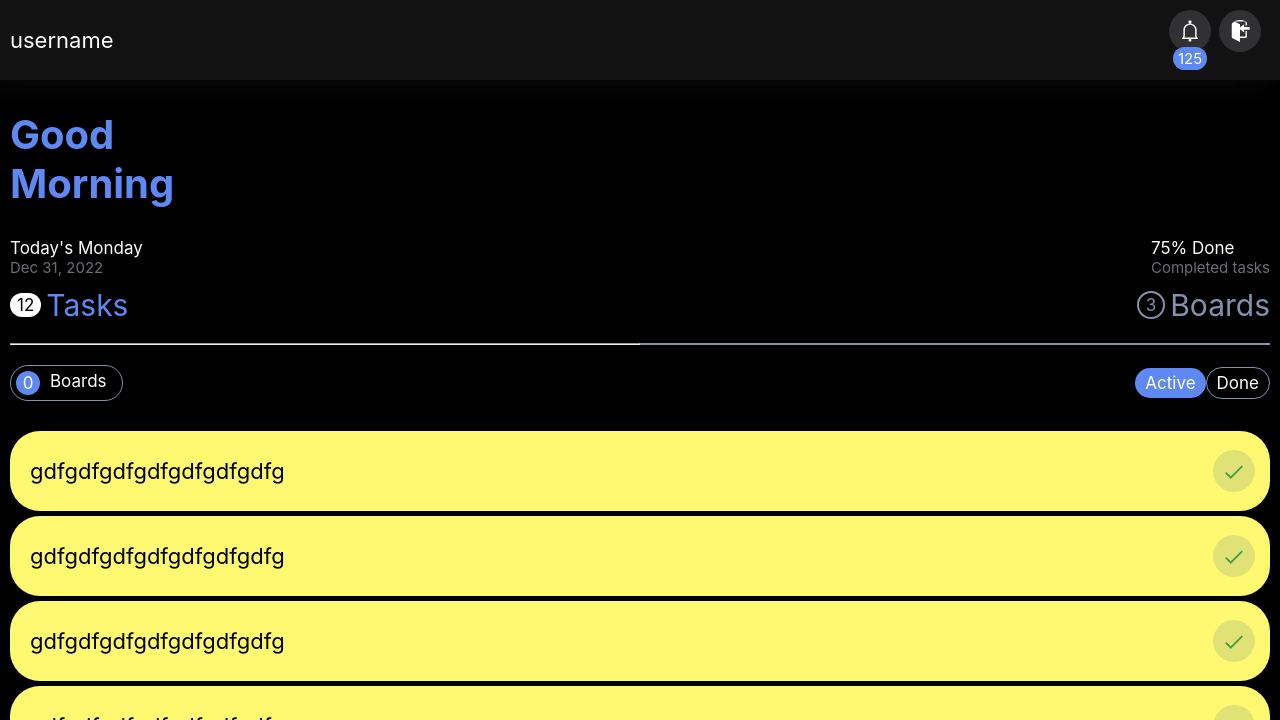
Repository: ShindanoSingi/todo-app
Page: /
These files come from the project's save history. The page is drawn as it stood at one moment and after the next save; the edit follows.
The browser window is 1280 px wide. The pictures show the whole page.
The project was rebuilt for these pictures with package versions that can differ from the ones it lists, and the page was loaded fresh each time. Also part of the build but not shown: src/pages/LandingPage.js.

Above is the page before, as saved 2023-01-01 19:41:15.

### src/index.css
* {
  font-size: 22px;
  margin: 0;
  padding: 0;
}

body {
  margin: 0;
  padding: 0;
  font-family: -apple-system, BlinkMacSystemFont, 'Segoe UI', 'Roboto', 'Oxygen',
    'Ubuntu', 'Cantarell', 'Fira Sans', 'Droid Sans', 'Helvetica Neue',
    sans-serif;
  -webkit-font-smoothing: antialiased;
  -moz-osx-font-smoothing: grayscale;
}

code {
  font-family: source-code-pro, Menlo, Monaco, Consolas, 'Courier New',
    monospace;
}

.signin-icon-signin-text-container {
  display: flex;
  align-items: center;
  flex-direction: column;
}

.bell-icon-bell-num-container {
  display: flex;
  flex-direction: column;
  align-items: center;
  margin-left: 20px;
}

.signin-text {
  display: none;
}

.bell-num,
.signin-text {
  font-size: 15px;
}

.bell-num {
  text-align: center;
  color: #fff;
  padding: 2px 5px;
  background-color: #5f89f2;
  border-radius: 50px;
  margin-top: -5px;
}

.bell-icon,
.signin-icon {
  color: white;
  padding: 10px;
  border-radius: 50px;
  background-color: #313133;
}

div.signin-icon-signin-text-container:hover p.signin-text {
  display: block;
}

.bell-icon-signin-container {
  display: grid;
  grid-template-columns: 60px 60px;
}

.username,
.signin-text {
  color: #fff;
}

.nav-bar {
  display: flex;
  align-items: center;
  justify-content: space-between;
  padding: 10px;
  background: #121212;
  box-shadow: -11px 11px 22px #070707, 11px -11px 22px #1d1d1d;
}

h1 {
  position: absolute;
  top: 10%;
  z-index: 1;
}

h2 {
  font-size: 40px;
  color: #5f89f2;
}

.salutation-container {
  margin-top: 30px;
  padding-left: 10px;
}

.day,
.percent,
.small-boards,
.done,
.active {
  font-size: 17px;
  color: #ffffff;
}

.date,
.completed {
  font-size: 15px;
  color: #6a6f75;
}

.day-to-percent-container {
  display: flex;
  justify-content: space-between;
  padding: 10px;
  margin-top: 20px;
}

.tasks-num {
  text-align: center;
  font-size: 17px;
  background: #ffff;
  padding: 2px 7px;
  border-radius: 50px;
  height: 20px;
}

.tasks {
  font-size: 30px;
  font-weight: light;
  color: #5f89f2;
}

.boards-num {
  font-size: 17px;
  color: #8292ad;
  border: 2px solid #8292ad;
  padding: 2px 7px;
  border-radius: 50px;
  height: 20px;
}

.big-boards {
  font-size: 30px;
  font-weight: light;
  color: #8292ad;
}

.tasks-num-tasks-container,
.boards-num-boards-container {
  display: flex;
  align-items: center;
  gap: 5px;
}

.line-tasks {
  width: 50%;
}

.line-boards {
  width: 50%;
  border: 1px solid #8292ad;
}

.line-tasks-ine-boards-container {
  display: flex;
  justify-content: space-between;
  /* margin-top: 10px; */
  padding: 0 10px;
}

.tasks-to-boards-container {
  display: flex;
  justify-content: space-between;
  padding: 0 10px;
}

.num-boards {
  font-size: 17px;
  text-align: center;
  color: #fff;
  background: #5f89f2;
  padding: 2px;
  border-radius: 50px;
  height: 20px;
  width: 20px;
}

.small-boards {
  color: #fff;
}

.num-boards-small-boards-container {
  display: flex;
  gap: 10px;
  border: 1px solid #8292ad;
  padding: 5px;
  border-radius: 50px;
  padding-right: 15px;
}

.active {
  text-align: center;
  background: #5f89f2;
  padding: 0px 10px;
  border-radius: 50px;
  padding: 5px 10px;
}

.done {
  display: flex;
  gap: 10px;
  border: 1px solid #8292ad;
  border-radius: 50px;
  padding: 5px 10px;
}

.active-done-container {
  display: flex;
  align-items: center;
}

.num-boards-to-small-boards-container {
  display: flex;
  justify-content: space-between;
  align-items: center;
  padding: 0 10px;
}

.task-title {
  word-wrap: break-word;
  padding: 5px;
  width: 80%;
}

.check-circle-icon {
  color: white;
  padding: 10px;
  border-radius: 50px;
  background: rgba(121, 141, 139, 0.21);
}

.todo-card {
  margin: 0 10px;
  padding: 15px;
  min-height: 50px;
  border-radius: 30px;
  display: flex;
  align-items: center;
  justify-content: space-between;
}

.todos-container {
  display: flex;
  flex-direction: column;
  gap: 5px;
  max-height: 290px;
  overflow-y: scroll;
  padding: 10px 0;
}

.main {
  display: flex;
  flex-direction: column;
  gap: 20px;
}

/* Credit: Cole McCombs; */
.landing-page-wrapper {
  height: 100%;
  display: flex;
  flex-direction: column;
  align-items: center;
  justify-content: center;
}

/* Credit: Cole McCombs; */
.button {
  min-width: 150px;
  min-height: 40px;
  font-family: 'Nunito', sans-serif;
  font-size: 22px;
  text-transform: uppercase;
  letter-spacing: 1.3px;
  font-weight: 700;
  color: #313133;
  background: #37b7ff;
  background: linear-gradient(
    90deg,
    rgb(59, 123, 190) 0%,
    rgb(29, 181, 228) 100%
  );
  border: none;
  border-radius: 1000px;
  box-shadow: 12px 12px 24px rgba(28, 120, 186, 0.64);
  transition: all 0.3s ease-in-out 0s;
  cursor: pointer;
  outline: none;
  position: absolute;
  top: 85%;
  padding: 10px;
}

/* Credit: Cole McCombs; */
button::before {
  content: '';
  border-radius: 1000px;
  min-width: calc(150px + 12px);
  min-height: calc(40px + 12px);
  border: 6px solid #008cff;
  box-shadow: 0 0 60px rgba(25, 150, 233, 0.64);
  position: absolute;
  top: 50%;
  left: 50%;
  transform: translate(-50%, -50%);
  opacity: 0;
  transition: all 0.3s ease-in-out 0s;
}

/* Credit: Cole McCombs; */
.button:hover,
.button:focus {
  color: #bfbfd4;
  transform: translateY(-6px);
}

/* Credit: Cole McCombs; */
button:hover::before,
button:focus::before {
  opacity: 1;
}

/* Credit: Cole McCombs; */
button::after {
  content: '';
  width: 30px;
  height: 30px;
  border-radius: 100%;
  border: 6px solid #0f8bdd;
  position: absolute;
  z-index: -1;
  top: 50%;
  left: 50%;
  transform: translate(-50%, -50%);
  animation: ring 1.5s infinite;
}

/* Credit: Cole McCombs; */
button:hover::after,
button:focus::after {
  animation: none;
  display: none;
}

/* Credit: Cole McCombs; */
@keyframes ring {
  0% {
    width: 20px;
    height: 20px;
    opacity: 1;
  }
  100% {
    width: 150px;
    height: 150px;
    opacity: 0;
  }
}

.landing-page-image {
  position: fixed;
  width: 100%;
  height: 100%;
}

.landing-page-image {
  -webkit-animation: anim 8s infinite linear;
  animation: anim 8s infinite linear;
}

@-webkit-keyframes anim {
  from {
    -webkit-transform: rotateY(0deg);
  }
  to {
    -webkit-transform: rotateY(90deg);
  }
}

@keyframes anim {
  from {
    transform: rotateY(90deg);
  }
  to {
    transform: rotateY(0deg);
  }
}

.container {
  height: 100%;
  width: 100%;
  position: fixed;
  background-color: #000000;
}

### src/App.js
import Todos from './pages/Todos'

import LandingPage from './pages/LandingPage'

function App() {
  return (
    <div className="">
      {/* <LandingPage /> */}
      <Todos />
    </div>
  )
}

export default App

### src/pages/Todos.js
import React from 'react'
import checkbox from '../assests/check.svg'
import { RxBell } from 'react-icons/rx'
import { GoSignIn } from 'react-icons/go'
import { FcCheckmark } from 'react-icons/fc'

function Todos() {
    let color = "#FEF970"
    return (
        <div className='container'>
            <div className='todos-wrapper'>
                <nav className='nav-bar'>
                    <p className='username'>username</p>
                    <div className='bell-icon-signin-container'>
                        <div className='bell-icon-bell-num-container'>
                            <RxBell className='bell-icon' />
                            <p className='bell-num'>125</p>
                        </div>
                        <div className='signin-icon-signin-text-container'>
                            <GoSignIn className='signin-icon' />
                            <p className='signin-text'>Sign In</p>
                        </div>

                    </div>
                </nav>
                <div className='salutation-container'>
                    <h2 className='good-text'>Good</h2>
                    <h2 className='morning-text'>Morning</h2>
                </div>

                <div className='day-to-percent-container'>
                    <div className='day-date-container'>
                        <p className='day'>Today's Monday</p>
                        <p className='date'>Dec 31, 2022</p>
                    </div>
                    <div className='percent-completed-container'>
                        <p className='percent'>75% Done</p>
                        <p className='completed'>Completed tasks</p>
                    </div>
                </div>
                <main className='main'>
                    <div className='tasks-to-boards-container'>
                        <div className='tasks-num-tasks-container'>
                            <p className='tasks-num'>12</p>
                            <p className='tasks'>Tasks</p>
                        </div>
                        <div className='boards-num-boards-container'>
                            <p className='boards-num'>3</p>
                            <p className='big-boards'>Boards</p>
                        </div>
                    </div>
                    <div className='line-tasks-ine-boards-container'>
                        <hr className='line-tasks' />
                        <hr className='line-boards' />
                    </div>

                    <div className='num-boards-to-small-boards-container'>
                        <div className='num-boards-small-boards-container'>
                            <p className='num-boards'>0</p>
                            <p className='small-boards'>Boards</p>
                        </div>
                        <div className='active-done-container'>
                            <p className='active'>Active</p>
                            <p className='done'>Done</p>
                        </div>
                    </div>
                    <div className='todos-container'>
                        <div className='todo-card' style={{ backgroundColor: color }}>
                            <p className='task-title'>gdfgdfgdfgdfgdfgdfgdfg</p>
                            < FcCheckmark className='check-circle-icon' />
                        </div>
                        <div className='todo-card' style={{ backgroundColor: color }}>
                            <p className='task-title'>gdfgdfgdfgdfgdfgdfgdfg</p>
                            < FcCheckmark className='check-circle-icon' />
                        </div>
                        <div className='todo-card' style={{ backgroundColor: color }}>
                            <p className='task-title'>gdfgdfgdfgdfgdfgdfgdfg</p>
                            < FcCheckmark className='check-circle-icon' />
                        </div>
                        <div className='todo-card' style={{ backgroundColor: color }}>
                            <p className='task-title'>gdfgdfgdfgdfgdfgdfgdfg</p>
                            < FcCheckmark className='check-circle-icon' />
                        </div>
                        <div className='todo-card' style={{ backgroundColor: color }}>
                            <p className='task-title'>gdfgdfgdfgdfgdfgdfgdfg</p>
                            < FcCheckmark className='check-circle-icon' />
                        </div>
                        <div className='todo-card' style={{ backgroundColor: color }}>
                            <p className='task-title'>gdfgdfgdfgdfgdfgdfgdfg</p>
                            < FcCheckmark className='check-circle-icon' />
                        </div>
                        <div className='todo-card' style={{ backgroundColor: color }}>
                            <p className='task-title'>gdfgdfgdfgdfgdfgdfgdfg</p>
                            < FcCheckmark className='check-circle-icon' />
                        </div>
                        <div className='todo-card' style={{ backgroundColor: color }}>
                            <p className='task-title'>gdfgdfgdfgdfgdfgdfgdfg</p>
                            < FcCheckmark className='check-circle-icon' />
                        </div>
                        <div className='todo-card' style={{ backgroundColor: color }}>
                            <p className='task-title'>gdfgdfgdfgdfgdfgdfgdfg</p>
                            < FcCheckmark className='check-circle-icon' />
                        </div>
                        <div className='todo-card' style={{ backgroundColor: color }}>
                            <p className='task-title'>gdfgdfgdfgdfgdfgdfgdfg</p>
                            < FcCheckmark className='check-circle-icon' />
                        </div>
                        <div className='todo-card' style={{ backgroundColor: color }}>
                            <p className='task-title'>gdfgdfgdfgdfgdfgdfgdfg</p>
                            < FcCheckmark className='check-circle-icon' />
                        </div>
                        <div className='todo-card' style={{ backgroundColor: color }}>
                            <p className='task-title'>gdfgdfgdfgdfgdfgdfgdfg</p>
                            < FcCheckmark className='check-circle-icon' />
                        </div>
                        <div className='todo-card' style={{ backgroundColor: color }}>
                            <p className='task-title'>gdfgdfgdfgdfgdfgdfgdfg</p>
                            < FcCheckmark className='check-circle-icon' />
                        </div>
                        <div className='todo-card' style={{ backgroundColor: color }}>
                            <p className='task-title'>gdfgdfgdfgdfgdfgdfgdfg</p>
                            < FcCheckmark className='check-circle-icon' />
                        </div>
                        <div className='todo-card' style={{ backgroundColor: color }}>
                            <p className='task-title'>gdfgdfgdfgdfgdfgdfgdfg</p>
                            < FcCheckmark className='check-circle-icon' />
                        </div>
                        <div className='todo-card' style={{ backgroundColor: color }}>
                            <p className='task-title'>gdfgdfgdfgdfgdfgdfgdfg</p>
                            < FcCheckmark className='check-circle-icon' />
                        </div>
                        <div className='todo-card' style={{ backgroundColor: color }}>
                            <p className='task-title'>gdfgdfgdfgdfgdfgdfgdfg</p>
                            < FcCheckmark className='check-circle-icon' />
                        </div>
                        <div className='todo-card' style={{ backgroundColor: color }}>
                            <p className='task-title'>gdfgdfgdfgdfgdfgdfgdfg</p>
                            < FcCheckmark className='check-circle-icon' />
                        </div>
                        <div className='todo-card' style={{ backgroundColor: color }}>
                            <p className='task-title'>gdfgdfgdfgdfgdfgdfgdfg</p>
                            < FcCheckmark className='check-circle-icon' />
                        </div>
                        <div className='todo-card' style={{ backgroundColor: color }}>
                            <p className='task-title'>gdfgdfgdfgdfgdfgdfgdfg</p>
                            < FcCheckmark className='check-circle-icon' />
                        </div>
                        <div className='todo-card' style={{ backgroundColor: color }}>
                            <p className='task-title'>gdfgdfgdfgdfgdfgdfgdfg</p>
                            < FcCheckmark className='check-circle-icon' />
                        </div>
                        <div className='todo-card' style={{ backgroundColor: color }}>
                            <p className='task-title'>gdfgdfgdfgdfgdfgdfgdfg</p>
                            < FcCheckmark className='check-circle-icon' />
                        </div>

                    </div>

                </main>
            </div>
        </div>
    )
}

export default Todos

Loaded but not shown: public/index.html (common file); src/index.js (common file); src/reportWebVitals.js (common file)

After the next save:
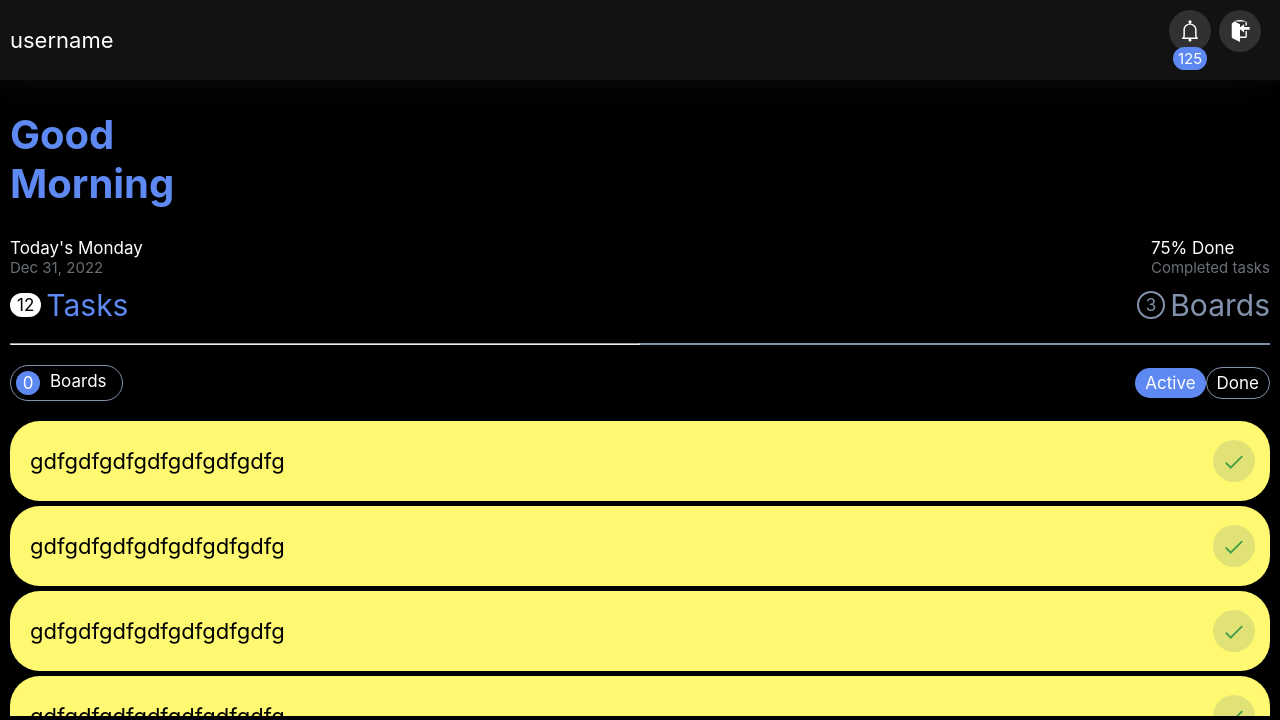
Saved 18 s later.
--- a/src/index.css
+++ b/src/index.css
@@ -259,7 +259,7 @@ h2 {
   gap: 5px;
   max-height: 290px;
   overflow-y: scroll;
-  padding: 10px 0;
+  padding-bottom: 5px;
 }
 
 .main {
